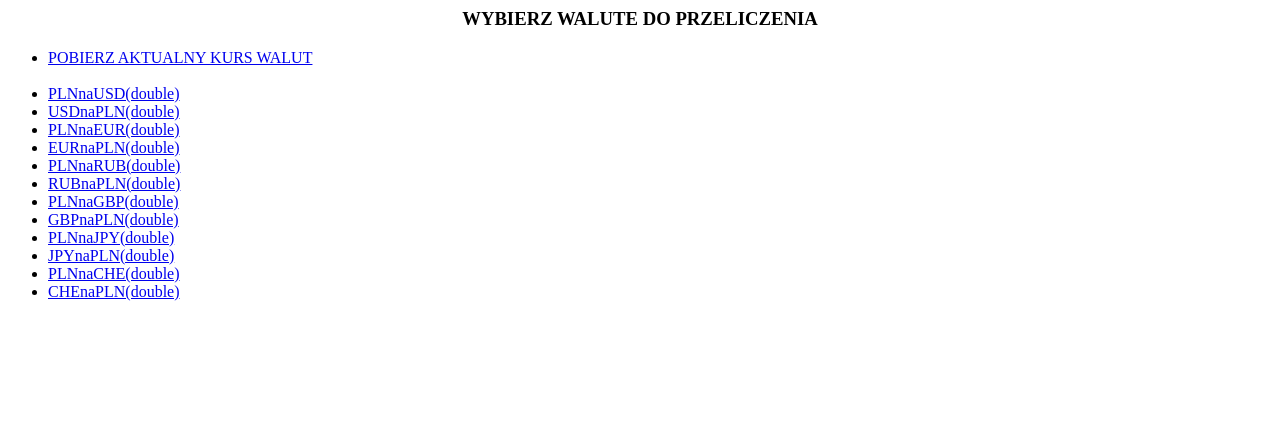
Repository: kuska-marcin/SRIR
Page: http://localhost/KantorWSClient/sampleKantorPrzeliczProxy/Method.jsp
An editor plug-in stored every save of this project. The page is shown before and after the next save, followed by the edit.
The browser window is 1280 px wide. The pictures show the whole page.
The page is served by Tomcat 9. Other server files are loaded and not shown.

Above is the page before, as saved 2016-01-13 22:26:25.

### KantorWSClient/WebContent/sampleKantorPrzeliczProxy/Method.jsp
<%@page contentType="text/html;charset=UTF-8"%><HTML>
<HEAD>
<TITLE>WALUTY</TITLE>
</HEAD>
<BODY>
<CENTER>
	<H3>WYBIERZ WALUTE DO PRZELICZENIA</H3>
</CENTER>
<UL>
<LI><A HREF="Input.jsp?method=18" TARGET="inputs">POBIERZ AKTUALNY KURS WALUT</A></LI>
<BR>
<LI><A HREF="Input.jsp?method=26" TARGET="inputs"> PLNnaUSD(double)</A></LI>
<LI><A HREF="Input.jsp?method=13" TARGET="inputs"> USDnaPLN(double)</A></LI>

<LI><A HREF="Input.jsp?method=31" TARGET="inputs"> PLNnaEUR(double)</A></LI>
<LI><A HREF="Input.jsp?method=21" TARGET="inputs"> EURnaPLN(double)</A></LI>

<LI><A HREF="Input.jsp?method=51" TARGET="inputs"> PLNnaRUB(double)</A></LI>
<LI><A HREF="Input.jsp?method=46" TARGET="inputs"> RUBnaPLN(double)</A></LI>

<LI><A HREF="Input.jsp?method=41" TARGET="inputs"> PLNnaGBP(double)</A></LI>
<LI><A HREF="Input.jsp?method=71" TARGET="inputs"> GBPnaPLN(double)</A></LI>

<LI><A HREF="Input.jsp?method=61" TARGET="inputs"> PLNnaJPY(double)</A></LI>
<LI><A HREF="Input.jsp?method=36" TARGET="inputs"> JPYnaPLN(double)</A></LI>

<LI><A HREF="Input.jsp?method=56" TARGET="inputs"> PLNnaCHE(double)</A></LI>
<LI><A HREF="Input.jsp?method=66" TARGET="inputs"> CHEnaPLN(double)</A></LI>

</UL>
</BODY>
</HTML>

After the next save:
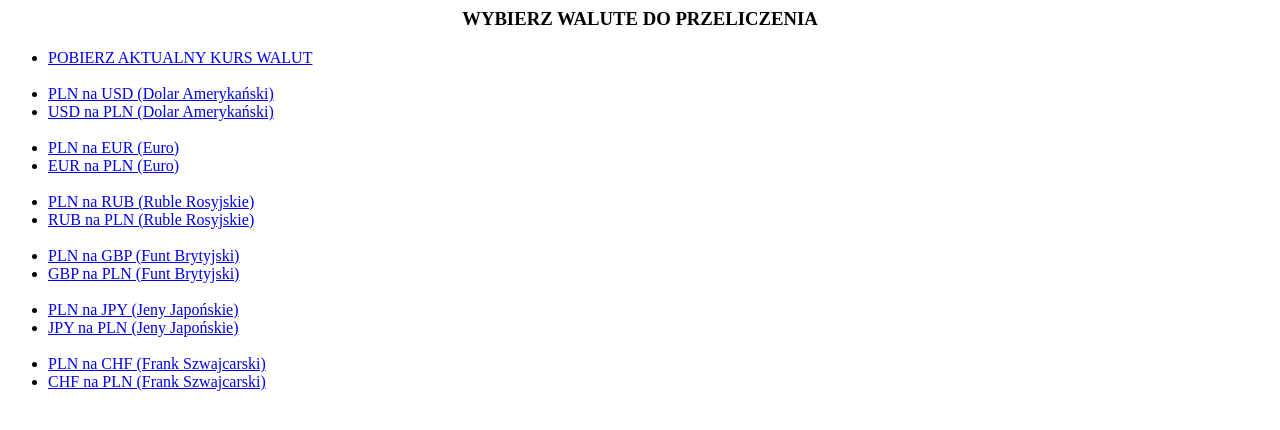
Saved 87 s later.
--- a/KantorWSClient/WebContent/sampleKantorPrzeliczProxy/Method.jsp
+++ b/KantorWSClient/WebContent/sampleKantorPrzeliczProxy/Method.jsp
@@ -9,24 +9,24 @@
 <UL>
 <LI><A HREF="Input.jsp?method=18" TARGET="inputs">POBIERZ AKTUALNY KURS WALUT</A></LI>
 <BR>
-<LI><A HREF="Input.jsp?method=26" TARGET="inputs"> PLNnaUSD(double)</A></LI>
-<LI><A HREF="Input.jsp?method=13" TARGET="inputs"> USDnaPLN(double)</A></LI>
-
-<LI><A HREF="Input.jsp?method=31" TARGET="inputs"> PLNnaEUR(double)</A></LI>
-<LI><A HREF="Input.jsp?method=21" TARGET="inputs"> EURnaPLN(double)</A></LI>
-
-<LI><A HREF="Input.jsp?method=51" TARGET="inputs"> PLNnaRUB(double)</A></LI>
-<LI><A HREF="Input.jsp?method=46" TARGET="inputs"> RUBnaPLN(double)</A></LI>
-
-<LI><A HREF="Input.jsp?method=41" TARGET="inputs"> PLNnaGBP(double)</A></LI>
-<LI><A HREF="Input.jsp?method=71" TARGET="inputs"> GBPnaPLN(double)</A></LI>
-
-<LI><A HREF="Input.jsp?method=61" TARGET="inputs"> PLNnaJPY(double)</A></LI>
-<LI><A HREF="Input.jsp?method=36" TARGET="inputs"> JPYnaPLN(double)</A></LI>
-
-<LI><A HREF="Input.jsp?method=56" TARGET="inputs"> PLNnaCHE(double)</A></LI>
-<LI><A HREF="Input.jsp?method=66" TARGET="inputs"> CHEnaPLN(double)</A></LI>
-
+<LI><A HREF="Input.jsp?method=26" TARGET="inputs"> PLN na USD (Dolar Amerykański)</A></LI>
+<LI><A HREF="Input.jsp?method=13" TARGET="inputs"> USD na PLN (Dolar Amerykański)</A></LI>
+<BR>
+<LI><A HREF="Input.jsp?method=31" TARGET="inputs"> PLN na EUR (Euro)</A></LI>
+<LI><A HREF="Input.jsp?method=21" TARGET="inputs"> EUR na PLN (Euro)</A></LI>
+<BR>
+<LI><A HREF="Input.jsp?method=51" TARGET="inputs"> PLN na RUB (Ruble Rosyjskie)</A></LI>
+<LI><A HREF="Input.jsp?method=46" TARGET="inputs"> RUB na PLN (Ruble Rosyjskie)</A></LI>
+<BR>
+<LI><A HREF="Input.jsp?method=41" TARGET="inputs"> PLN na GBP (Funt Brytyjski)</A></LI>
+<LI><A HREF="Input.jsp?method=71" TARGET="inputs"> GBP na PLN (Funt Brytyjski)</A></LI>
+<BR>
+<LI><A HREF="Input.jsp?method=61" TARGET="inputs"> PLN na JPY (Jeny Japońskie)</A></LI>
+<LI><A HREF="Input.jsp?method=36" TARGET="inputs"> JPY na PLN (Jeny Japońskie)</A></LI>
+<BR>
+<LI><A HREF="Input.jsp?method=56" TARGET="inputs"> PLN na CHF (Frank Szwajcarski)</A></LI>
+<LI><A HREF="Input.jsp?method=66" TARGET="inputs"> CHF na PLN (Frank Szwajcarski)</A></LI>
+<BR>
 </UL>
 </BODY>
 </HTML>
